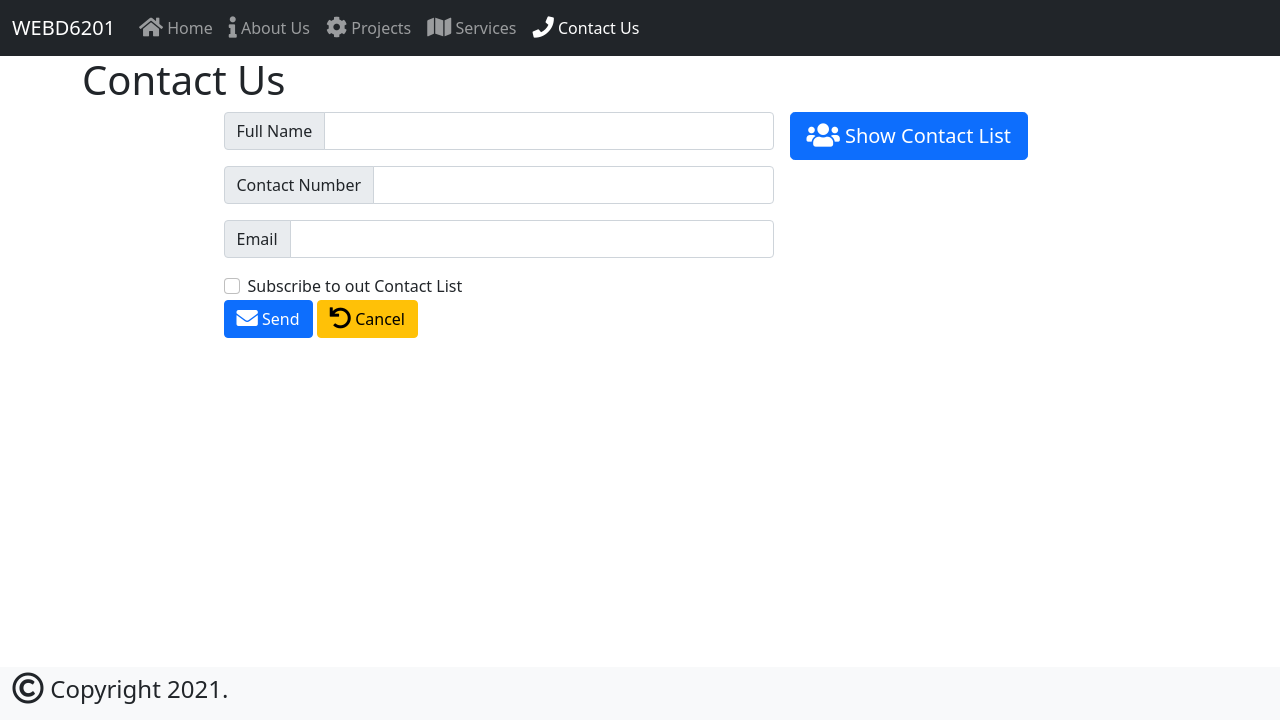
Repository: aphim/webd6201ICE6
Page: contact.html
An editor plug-in stored every save of this project. The page is shown before and after the next save, followed by the edit.
The browser window is 1280 px wide. The pictures show the whole page.

Above is the page before, as saved 2021-02-04 09:09:47.

### contact.html
<!DOCTYPE html>
<html lang="en">
<head>
    <meta charset="UTF-8">
    <meta name="viewport" content="width=device-width, initial-scale=1.0">
    <title>Contact</title>
    <!-- CSS Section -->
    <link rel="stylesheet" href="./node_modules/bootstrap/dist/css/bootstrap.min.css">
    <link rel="stylesheet" href="./node_modules/@fortawesome/fontawesome-free/css/all.min.css">
    <link rel="stylesheet" href="./Content/app.css">
</head>
<body>
    <!-- Main Header -->
    <header>
        <!-- Main Navigation -->
        <nav class="navbar navbar-expand-lg navbar-dark bg-dark">
            <div class="container-fluid">
              <a class="navbar-brand" href="index.html">WEBD6201</a>
              <button class="navbar-toggler" type="button" data-bs-toggle="collapse" data-bs-target="#navbarSupportedContent" aria-controls="navbarSupportedContent" aria-expanded="false" aria-label="Toggle navigation">
                <span class="navbar-toggler-icon"></span>
              </button>
              <div class="collapse navbar-collapse" id="navbarSupportedContent">
                <ul class="navbar-nav me-auto mb-2 mb-lg-0">
                  <li class="nav-item">
                    <a class="nav-link" aria-current="page" href="index.html"><i class="fas fa-home fa-lg"></i> Home</a>
                  </li>

                  <li class="nav-item">
                    <a class="nav-link" aria-current="page" href="about.html"><i class="fas fa-info fa-lg"></i> About Us</a>
                  </li>

                  <li class="nav-item">
                    <a class="nav-link" aria-current="page" href="projects.html"><i class="fas fa-cog fa-lg"></i> Projects</a>
                  </li>

                  <li class="nav-item">
                    <a class="nav-link" aria-current="page" href="services.html"><i class="fas fa-map fa-lg"></i> Services</a>
                  </li>

                  <li class="nav-item">
                    <a class="nav-link active" aria-current="page" href="contact.html"><i class="fas fa-phone fa-lg"></i> Contact Us</a>
                  </li>
                </ul>
              </div>
            </div>
          </nav>
    </header>

    <!-- Main Content -->
    <main class="container">
        <h1>Contact Us</h1>
        <div id="messageArea"></div>

        <div class="row justify-content-lg-center g-3">
          <form class="col-lg-6 col-md-10 col-sm-10">

            <div class="input-group mb-3">
              <span class="input-group-text" id="inputGroup-sizing-default">Full Name </span>
              <input id="fullName" type="text" class="form-control" aria-label="Full Name" aria-describedby="Full Name Input"
              name="fullName" required>
            </div>

            <div class="input-group mb-3">
              <span class="input-group-text" id="inputGroup-sizing-default">Contact Number</span>
              <input id="contactNumber" type="tel" class="form-control" aria-label="Contact Number" aria-describedby="Contact Number Input"
              name="contactNumber" required>
            </div>

            <div class="input-group mb-3">
              <span class="input-group-text" id="inputGroup-sizing-default">Email</span>
              <input id="emailAddress" type="email" class="form-control" aria-label="Email Address" aria-describedby="Email Address Input"
              name="emailAddress" required>
            </div>

            <div class="form-check">
              <input class="form-check-input" type="checkbox" value="" id="subscribeCheckbox" name="subscribeCheckbox">
              <label class="form-check-label" for="subscribeCheckbox">Subscribe to out Contact List</label>
            </div>

            <button id="sendButton" type="submit" class="btn btn-primary"><i class="fas fa-envelope fa-lg"></i> Send</button>
            <button id="cancelButton" type="reset" class="btn btn-warning"><i class="fas fa-undo fa-lg"></i> Cancel</button>
          </form>

          <div class="col-lg-3 col-md-3">
            <a href="contact-list.html" class="btn btn-primary btn-lg"><i class="fas fa-users fa-lg"></i> Show Contact List</a>
          </div>
        </div>


    </main>

    <!-- Main Footer -->
    <footer>
        <nav class="navbar fixed-bottom navbar-light bg-light">
            <div class="container-fluid">
              <h4><i class="far fa-copyright fa-lg"></i> Copyright 2021.</h4>
            </div>
          </nav>
    </footer>

    <!-- Script Section-->
    <script src="./node_modules/jquery/dist/jquery.min.js"></script>
    <script src="./node_modules/bootstrap/dist/js/bootstrap.bundle.min.js"></script>
    <script src="./Scripts/namespace.js"></script>
    <script src="./Scripts/contact.js"></script>
    <script src="./Scripts/app.js"></script>
</body>
</html>

### Scripts/namespace.js

//namespace core
let core;

### Scripts/contact.js
"use strict";
// Contact Class

((core)=>{
  class Contact {
    // getters and setters
    get FullName()
    {
      return this.m_fullName;
    }

    set FullName(value)
    {
      this.m_fullName = value;
    }

    get ContactNumber()
    {
      return this.m_contactNumber;
    }

    set ContactNumber(value)
    {
      this.m_contactNumber = value;
    }

    get EmailAddress()
    {
      return this.m_emailAddress;
    }

    set EmailAddress(value)
    {
      this.m_emailAddress = value;
    }

    // constructor

    /**
     * @param {string} fullName
     * @param {string} contactNumber
     * @param {string} emailAddress
     */
    constructor(fullName = "", contactNumber = "", emailAddress = "")
    {
      this.FullName = fullName;
      this.ContactNumber = contactNumber;
      this.EmailAddress = emailAddress;
    }

    // methods

    /**
     * This method overrides the built-in toString method for the Contact class
     *
     * @returns {string}
     */
    toString()
    {
      return `Full Name     : ${this.FullName} \nContact Number: ${this.ContactNumber}\nEmail Address : ${this.EmailAddress}`;
    }

    /**
     * This method returns a JSON object made up of the properties of the Contact class
     *
     * @returns {Object}
     */
    toJSON()
    {
      return {
        "fullName": this.FullName,
        "contactNumber": this.ContactNumber,
        "emailAddress": this.EmailAddress
      }
    }

    /**
     * This method converts the Contact into a comma-separated value string
     *
     * @returns {string}
     */
    serialize()
    {
      if(this.FullName !== "" && this.ContactNumber !== "" && this.EmailAddress !== "")
      {
        return `${this.FullName},${this.ContactNumber},${this.EmailAddress}`;
      }
      else
      {
        console.error("One or more properties of the Contact is empty");
        return null;
      }
    }

    /**
     * This method takes a comma-separated data string and assigns the values to the Contact class properties
     *
     * @param {string} data
     * @return {void}
     */
    deserialize(data)
    {
      let propertyArray = data.split(",");
      this.FullName = propertyArray[0];
      this.ContactNumber = propertyArray[1];
      this.EmailAddress = propertyArray[2];
    }
  }

core.Contact = Contact;

})(core || (core={}));

### Scripts/app.js
/* custom JavaScript goes here */

//IIFE - Immediately Invoked Function Expression
//AKA - Anonymous Self-Executing Function
//Closure - limits scope leak

"use strict";


((core) =>
{
    function displayHome()
    {

      $("button").on("mouseover", () =>
      {
        console.log("mouseover button - jquery");
      });

      let myButton = document.querySelectorAll("button")[0];
       myButton.addEventListener("click", function()
      {
        console.log("clicked button - js");
      });

      console.log(myButton);


        let paragraphOneText =
          "This is a simple site to demonstrate DOM Manipulation for ICE 1";

        let paragraphOneElement = document.getElementById("paragraphOne");

        paragraphOneElement.textContent = paragraphOneText;
        paragraphOneElement.className = "fs-5";

        // Step 1. document.createElement
        let newParagraph = document.createElement("p");
        // Step 2. configure the element
        newParagraph.setAttribute("id", "paragraphTwo");
        newParagraph.textContent = "...And this is paragraph two";
        // Step 3. select the parent element
        let mainContent = document.getElementsByTagName("main")[0];
        // Step 4. Add / Insert the element
        mainContent.appendChild(newParagraph);

        newParagraph.className = "fs-6";

        // another way of injecting content
        let paragraphDiv = document.createElement("div");
        let paragraphThree = `<p id="paragraphThree" class="fs-7 fw-bold">And this is the Third Paragraph</p>`;
        paragraphDiv.innerHTML = paragraphThree;

        // insertions

        // example of inserting before a node
        //newParagraph.before(paragraphDiv);

        // example of inserting after a node
        newParagraph.after(paragraphDiv);

        // deletions

        // example of removing a single element
        //paragraphOneElement.remove();

        // example of removeChild
        mainContent.removeChild(paragraphOneElement);

        // update / modification
        //mainContent.firstElementChild.textContent = "Welcome Home!";

        mainContent.innerHTML = `<h1 id="firstHeading">Welcome to WEBD6201 - Lab 1</h1>
         <p id="paragraphOne" class="fs-3 fw-bold">This is my first Paragraph</p>
        `;

    }

    function displayAbout()
    {

    }

    function displayProjects()
    {

    }

    function displayServices()
    {

    }

    function displayContact()
    {
      $("#messageArea").hide();

      $("#fullName").on("blur", ()=>{
          if($("#fullName").val().length < 2)
          {
            $("#fullName").trigger("focus").trigger("select");

            $("#messageArea").show().addClass("alert alert-danger").text("Please enter an appropriate Name");

          }
          else
          {
            $("#messageArea").removeAttr("class");
            $("#messageArea").hide();

          }

        });

        $("#sendButton").on("click", ()=>{

          let contact = new core.Contact(fullName.value, contactNumber.value, emailAddress.value);

          if(contact.serialize())
          {
            localStorage.setItem((localStorage.length + 1).toString(), contact.serialize());
          }

        });

    }

    function displayContactList()
    {
      if (localStorage.length > 0)
      {
        let contactList = document.getElementById("contactList");

        let data = "";

        for (let index = 0; index < localStorage.length; index++)
        {
          let contactData = localStorage.getItem((index + 1).toString());

          let contact = new core.Contact();
          contact.deserialize(contactData);

          data += `<tr>
          <th scope="row">${index + 1}</th>
          <td>${contact.FullName}</td>
          <td>${contact.ContactNumber}</td>
          <td>${contact.EmailAddress}</td>
        </tr>`;
        }

        contactList.innerHTML = data;
      }
    }



    function Start()
    {
        console.log("App Started...");

        switch (document.title)
        {
          case "Home":
              displayHome();
            break;
          case "About":
              displayAbout();
            break;
          case "Projects":
              displayProjects();
            break;
          case "Services":
              displayServices();
            break;
          case "Contact":
              displayContact();
            break;
          case "Contact-List":
            displayContactList();
          break;
        }

    }

    window.addEventListener("load", Start);

    core.Start = Start;

}) (core || (core={}));

Loaded but not shown: node_modules/bootstrap/dist/css/bootstrap.min.css (library); node_modules/@fortawesome/fontawesome-free/css/all.min.css (library); Content/app.css (common file); node_modules/jquery/dist/jquery.min.js (library); node_modules/bootstrap/dist/js/bootstrap.bundle.min.js (library)

After the next save:
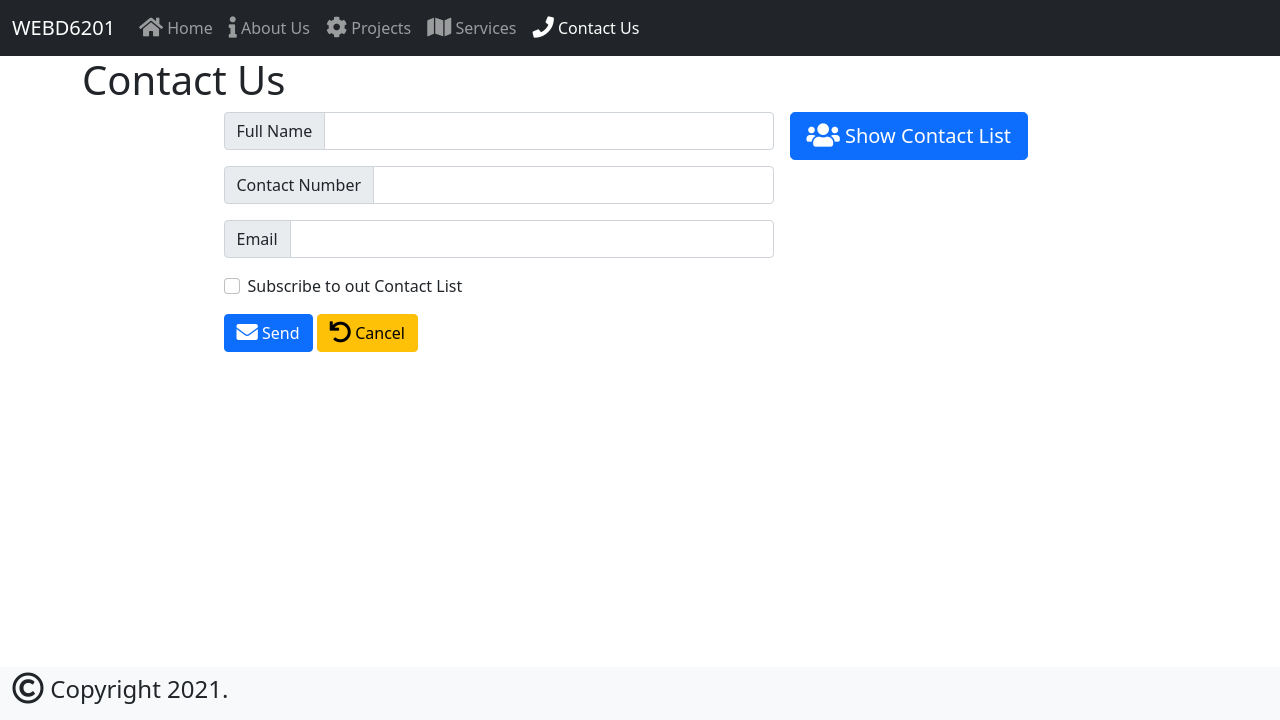
Saved 26 s later.
--- a/contact.html
+++ b/contact.html
@@ -72,7 +72,7 @@
               name="emailAddress" required>
             </div>
 
-            <div class="form-check">
+            <div class="form-check mb-3">
               <input class="form-check-input" type="checkbox" value="" id="subscribeCheckbox" name="subscribeCheckbox">
               <label class="form-check-label" for="subscribeCheckbox">Subscribe to out Contact List</label>
             </div>
